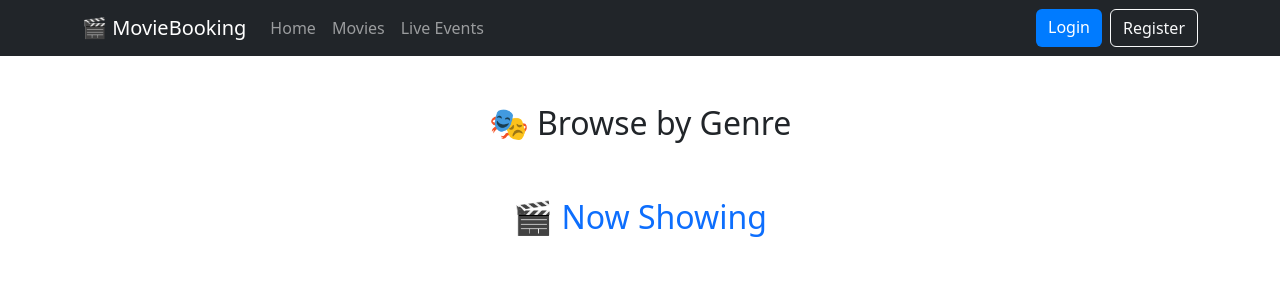
Repository: AshwinUgale/MovieBookingFrontend
Page: /movies
The author's editor kept a copy of each file at every save. The page is drawn from the files as they stood at one save, then again after the next save.
The browser window is 1280 px wide. The pictures show the whole page.
The page's requests for data from a server got no answer. The project was rebuilt for these pictures with package versions that can differ from the ones it lists, and the page was loaded fresh each time. No one was signed in, and anything a server would have sent is missing. Also part of the build but not shown: src/components/HeroSection.js, src/components/TrendingMovies.js, src/components/CallToAction.js, src/components/TrendingEvents.js, src/pages/HomePage.js, src/pages/LoginPage.js, src/pages/RegisterPage.js, src/pages/DashboardPage.js and 11 more.

Above is the page before, as saved 2025-03-24 19:00:53.

After the next save:
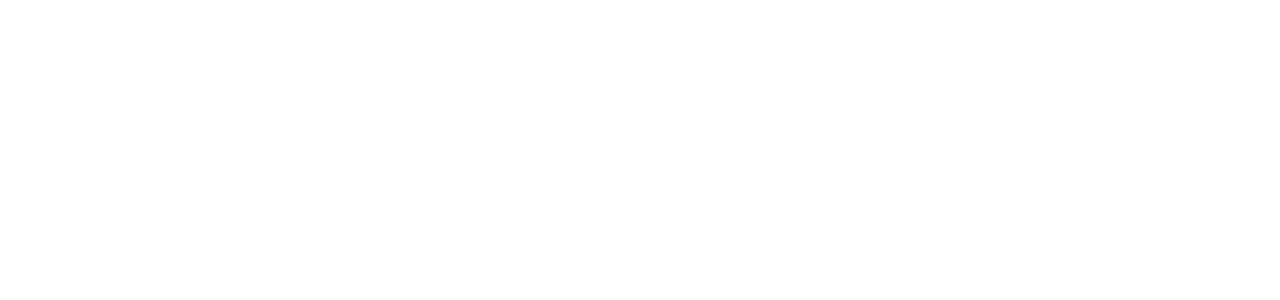
Saved 83 s later.
--- a/src/pages/MovieList.js
+++ b/src/pages/MovieList.js
@@ -12,10 +12,13 @@
   const [movies, setMovies] = useState([]);
   const [loading, setLoading] = useState(true);
   const navigate = useNavigate();
-  const query = useQuery();
-  const selectedGenre = query.get("genre");
+  const location = useLocation();
+
 
   useEffect(() => {
+    const query = useQuery();
+    const selectedGenre = query.get("genre");
+
     const getMovies = async () => {
       try {
         const data = await fetchMovies();

After the save that followed:
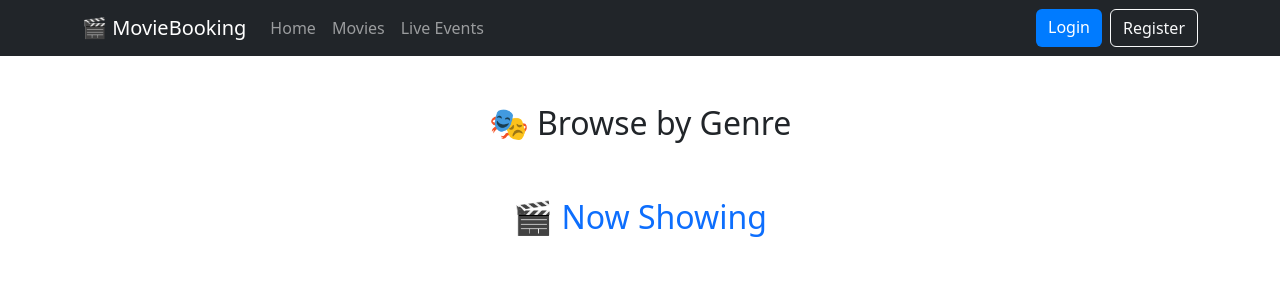
Saved 15 s later.
--- a/src/pages/MovieList.js
+++ b/src/pages/MovieList.js
@@ -16,7 +16,7 @@
 
 
   useEffect(() => {
-    const query = useQuery();
+    const query = new URLSearchParams(location.search);
     const selectedGenre = query.get("genre");
 
     const getMovies = async () => {
